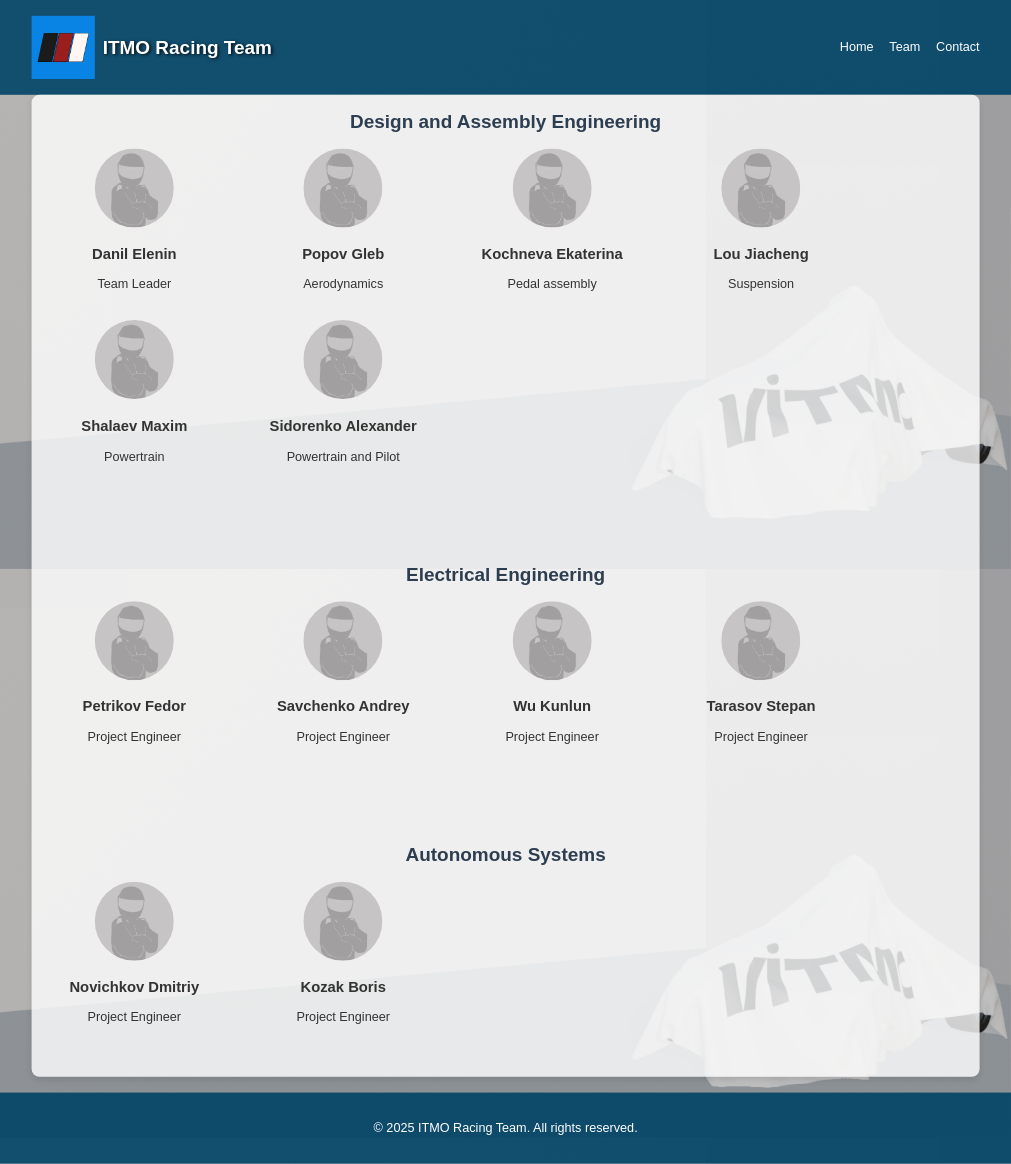
Repository: fs-itmo/fs-itmo.github.io
Page: team.html
The author's editor kept a copy of each file at every save. The page is drawn from the files as they stood at one save, then again after the next save.
The browser window is 1280 px wide. The pictures show the whole page, at 79% of full size.
An inner scrolling area shows only its first screen. Backgrounds fixed to the window are drawn as part of the page.

Above is the page before, as saved 2024-12-30 22:05:52.

After the next save:
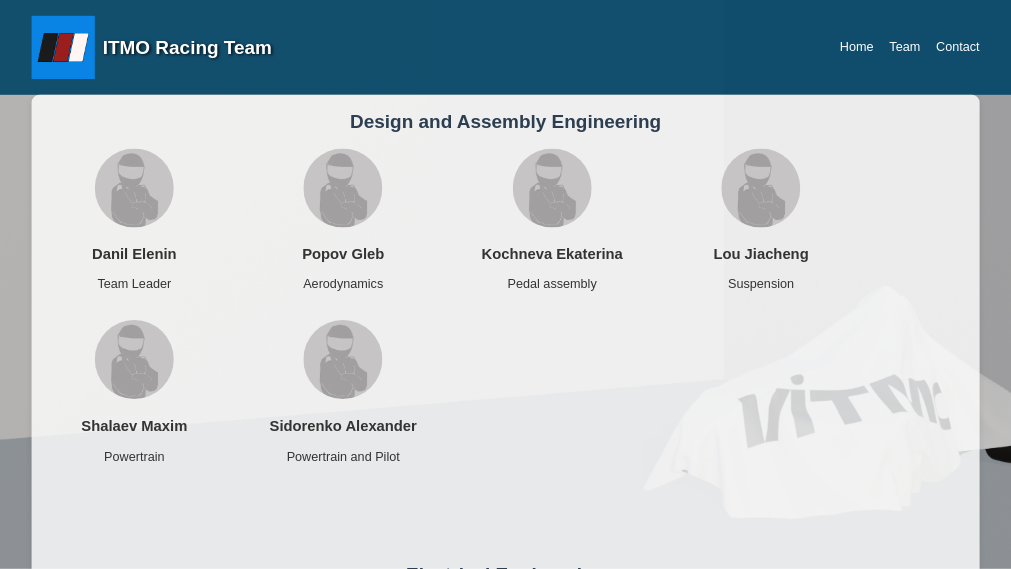
Saved 2 min 38 s later.
--- a/css/style.css
+++ b/css/style.css
@@ -2,6 +2,7 @@
     height: 100%;
     margin: 0;
     padding: 0;
+    overflow-x: hidden; /* Убираем горизонтальный скролл */
 }
 
 body {
@@ -10,14 +11,15 @@
     padding: 0;
     color: #333;
     background: url('assets/images/title.png') no-repeat center center fixed;
-    background-size: 100% auto; /* Ширина 100%, высота подстраивается */
-    background-color: #fff; /* Цвет для пустых полос */
+    background-size: cover; /* Обеспечиваем полное заполнение экрана */
+    background-color: #fff;
 }
 
 header {
     background-color: rgba(0, 68, 102, 0.9);
     padding: 20px 0;
 }
+
 header .container {
     display: flex;
     justify-content: space-between;
@@ -26,65 +28,63 @@
     margin: 0 auto;
     padding: 0 20px;
 }
+
 h1, h2 {
     text-align: center;
 }
-/* header .logo {
-    max-height: 50px;
-} */
+
 header nav ul {
     list-style: none;
     display: flex;
     margin: 0;
     padding: 0;
 }
+
 header nav ul li {
     margin-left: 20px;
 }
+
 header nav ul li a {
     text-decoration: none;
     color: white;
     font-size: 16px;
 }
+
 section {
-    padding: 0px 0px;
+    padding: 0;
     max-width: 1200px;
     margin: 0 auto;
     background: rgba(255, 255, 255, 0.8);
     border-radius: 10px;
     box-shadow: 0 4px 8px rgba(0, 0, 0, 0.1);
 }
-/* section#home {
-    background: rgba(244, 244, 244, 0.9);
-    text-align: center;
-    padding: 60px 20px;
-    border-radius: 10px;
-} */
+
 section#home {
-    background: url("../assets/images/title.png") no-repeat center center;
-    background-size: contain;
-    background-repeat: no-repeat;
-    background-attachment: fixed;
+    background: none; /* Убираем дублирующий фон */
     color: white;
     text-align: center;
-    padding: 0px 0px;
+    padding: 0;
     min-height: 100vh;
     width: 100vw;
 }
+
 header .logo {
     max-height: 80px;
 }
+
 .logo-caption-container {
     display: flex;
     align-items: center;
     gap: 10px;
 }
+
 header .top-caption {
     font-size: 24px;
     font-weight: bold;
     color: #ffffff;
     text-shadow: 2px 2px 4px rgba(0, 0, 0, 0.8);
 }
+
 footer {
     background-color: rgba(0, 68, 102, 0.9);
     color: white;
@@ -92,18 +92,22 @@
     padding: 20px 0;
     margin-top: 20px;
 }
+
 .team-section {
     display: flex;
     flex-direction: column;
     gap: 40px;
 }
+
 .team-department {
     margin-bottom: 40px;
 }
+
 .team-department h2 {
     color: #2c3e50;
     margin-bottom: 10px;
 }
+
 /* Team members layout */
 .team-member {
     display: inline-block;
@@ -111,6 +115,7 @@
     text-align: center;
     margin: 10px;
 }
+
 .team-member img {
     width: 100px;
     height: 100px;
